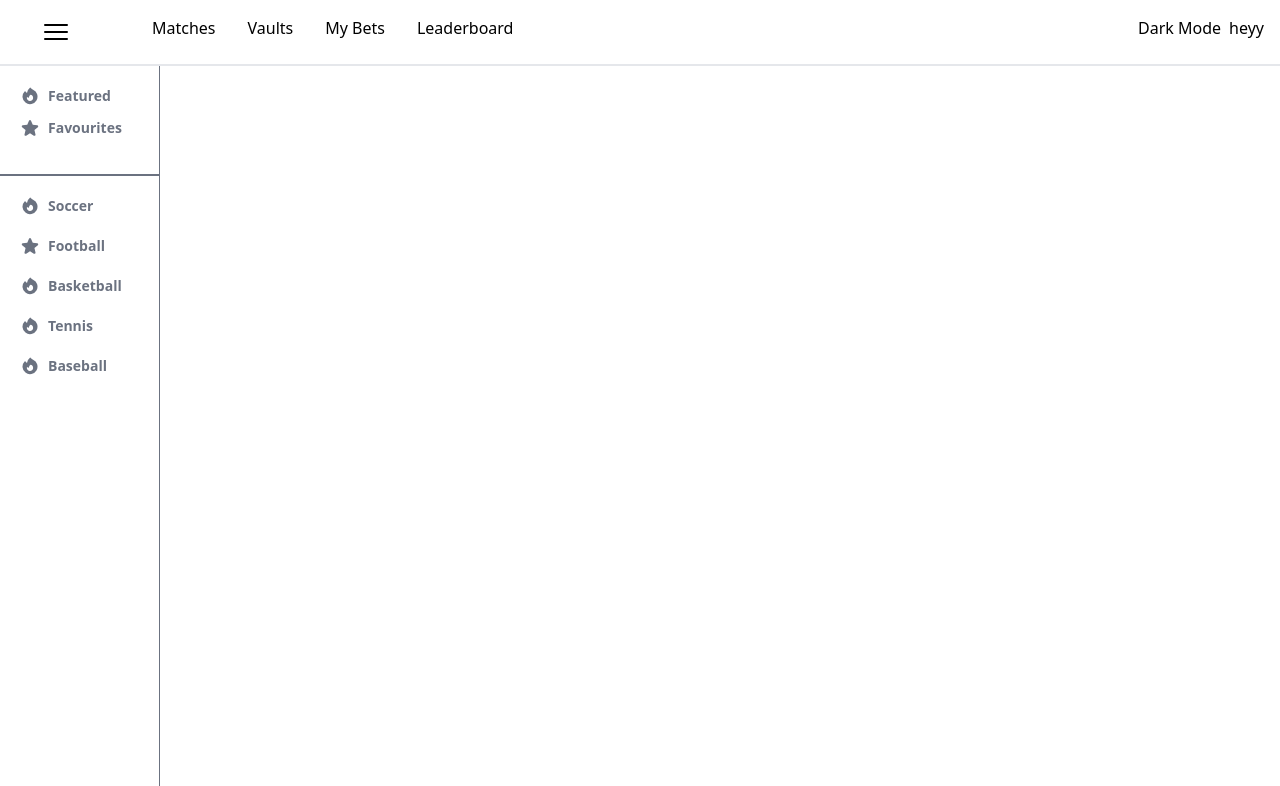
Repository: thekingisherenow/Betterbook
Page: /
These files come from the project's save history. The page is drawn as it stood at one moment and after the next save; the edit follows.
The browser window is 1280 px wide. The pictures show the whole page.
The project was rebuilt for these pictures with package versions that can differ from the ones it lists, and the page was loaded fresh each time. The framework's server and built-in components were replaced by stand-ins that run in the browser. Also part of the build but not shown: next.config.js.

Above is the page before, as saved 2023-01-16 23:28:52.

### src/pages/_app.tsx
import type { AppProps } from 'next/app'
import { Provider } from 'react-redux'
import store from '../core/store'
import '../core/styles/root.css'

const App = (props: AppProps) => {
  const { Component, pageProps } = props
  return (
    <Provider store={store}>
      <Component {...pageProps} />
    </Provider>
  )
}

export default App

### src/pages/index.tsx
import type { NextPage } from 'next'
import { useEffect, useState } from 'react'
import API from '../core/services'
import { Game } from '../types/game'
import Sidebar from '../components/Typography/Sidebar'
import Header from '../components/Typography/Header'

const IndexPage: NextPage = () => {
  const [games, setGames] = useState<Game[]>([])

  useEffect(() => {
    API.games.fetchGames().then(setGames)
  }, [])

  return <div>
        <main className=''>

          {/* Header  */}
          <Header />
            {/* Sidebar */}
            <Sidebar/>
            {/* Center  */}

        </main>
  </div>
}

export default IndexPage

### src/core/store/index.ts
import { configureStore } from '@reduxjs/toolkit'
import { counterReducer } from './slices/counterSlice'

const store = configureStore({
  reducer: {
    counter: counterReducer,
  },
})

export default store

### src/core/services/index.ts
import * as gamesServices from './games'

const API = {
  games: gamesServices,
}

export default API

### src/components/Typography/Sidebar.tsx
import React from 'react'
import { FireIcon, StarIcon } from '@heroicons/react/24/solid'

function Sidebar() {
    return (
        <div className='text-gray-500 text-sm border-r h-screen w-40 border-gray-500'>
            <div>
                <div className='flex flex-col  p-5 space-y-3 font-semibold mb-4'>
                    <button className='flex items-center space-x-2 hover:text-blue-600'>
                        <FireIcon className='w-5 h-5' />
                        <p>Featured</p>
                    </button>
                    <button className='flex items-center space-x-2 hover:text-blue-600'>
                        <StarIcon className='w-5 h-5' />
                        <p>Favourites</p>
                    </button>
                </div>
                    <hr className='border-t-2 border-gray-500' />

                <div className='flex flex-col space-y-5  p-5 font-semibold mb-4'>
                    <button className='flex items-center space-x-2 hover:text-blue-600'>
                        <FireIcon className='w-5 h-5' />
                        <p>Soccer</p>
                    </button>
                    <button className='flex items-center space-x-2 hover:text-blue-600'>
                        <StarIcon className='w-5 h-5' />
                        <p>Football</p>
                    </button>
                    <button className='flex items-center space-x-2 hover:text-blue-600'>
                        <FireIcon className='w-5 h-5' />
                        <p>Basketball</p>
                    </button>
                    <button className='flex items-center space-x-2 hover:text-blue-600'>
                        <FireIcon className='w-5 h-5' />
                        <p>Tennis</p>
                    </button>
                    <button className='flex items-center space-x-2 hover:text-blue-600'>
                        <FireIcon className='w-5 h-5' />
                        <p>Baseball</p>
                    </button>
                </div>
            </div>
        </div>
    )
}

export default Sidebar

### src/components/Typography/Header.tsx
import { Bars3Icon } from '@heroicons/react/24/solid'
import React from 'react'
import NavLinks from './NavLinks'

function Header() {
  return (
    <header >
      <div className='p-4 flex text-center   border-b-2 '>

        <Bars3Icon className='h-8 w-8 mx-6 cursor-pointer'/>
        <div className='ml-10'>

          {/* Nav Links */}
        <NavLinks />

        </div>
        <div className='flex space-x-2 justify-end ml-auto '>
          <div>
            Dark Mode
            </div>
            <div>
              heyy
              </div>
        </div>
      </div>
    </header>
  )
}

export default Header

### src/core/store/slices/counterSlice.ts
import { createSlice } from '@reduxjs/toolkit'

export const counterSlice = createSlice({
  name: 'counter',
  initialState: {
    count: 0,
  },
  reducers: {
    setCount(state, { payload }) {
      state.count = payload
    },
  },
})

export const counterReducer = counterSlice.reducer

### src/core/services/games.ts
import { Game } from '../../types/game'

export const fetchGames = (): Promise<Game[]> => {
  return Promise.resolve([
    {
      id: '1',
      name: 'Spain vs Argentina',
    },
  ])
}

### src/components/Typography/NavLinks.tsx
import React from 'react'
import { categories } from './constants'
import NavLink from './NavLink'

function NavLinks() {

    //const isActive is true if the url matches the current page.

  return (
    <nav>
      {categories.map((category)=>(
        <NavLink key={category} category={category} isActive={false} />
      ))}
    </nav>
  )
}

export default NavLinks

### src/components/Typography/constants.ts
import { Category } from "../../types/category"

export const categories : Category[] =[
    "Matches",
    "Vaults",
    "My Bets",
    "Leaderboard",
]

### src/components/Typography/NavLink.tsx
import Link from 'next/link';
import React from 'react'


type Props = {
    category: string;
    isActive: boolean;

}

function NavLink({category,isActive}:Props) {
  return (
    <Link href={'/${category}'}
        className={`cursor-pointer p-4  hover:font-bold hover:scale-110 transition-transform duration-200 ease-out ${isActive && 'text-blue-500  '}`}
    >
      {category}
    </Link>
  )
}

export default NavLink

### tailwind.config.js
/** @type {import('tailwindcss').Config} */
module.exports = {
  content: [
    './src/pages/**/*.{js,ts,jsx,tsx}',
    './src/components/**/*.{js,ts,jsx,tsx}',
    './src/modules/**/*.{js,ts,jsx,tsx}',
  ],
  theme: {
    extend: {},
  },
  plugins: [],
}

Loaded but not shown: src/core/styles/root.css (common file)

After the next save:
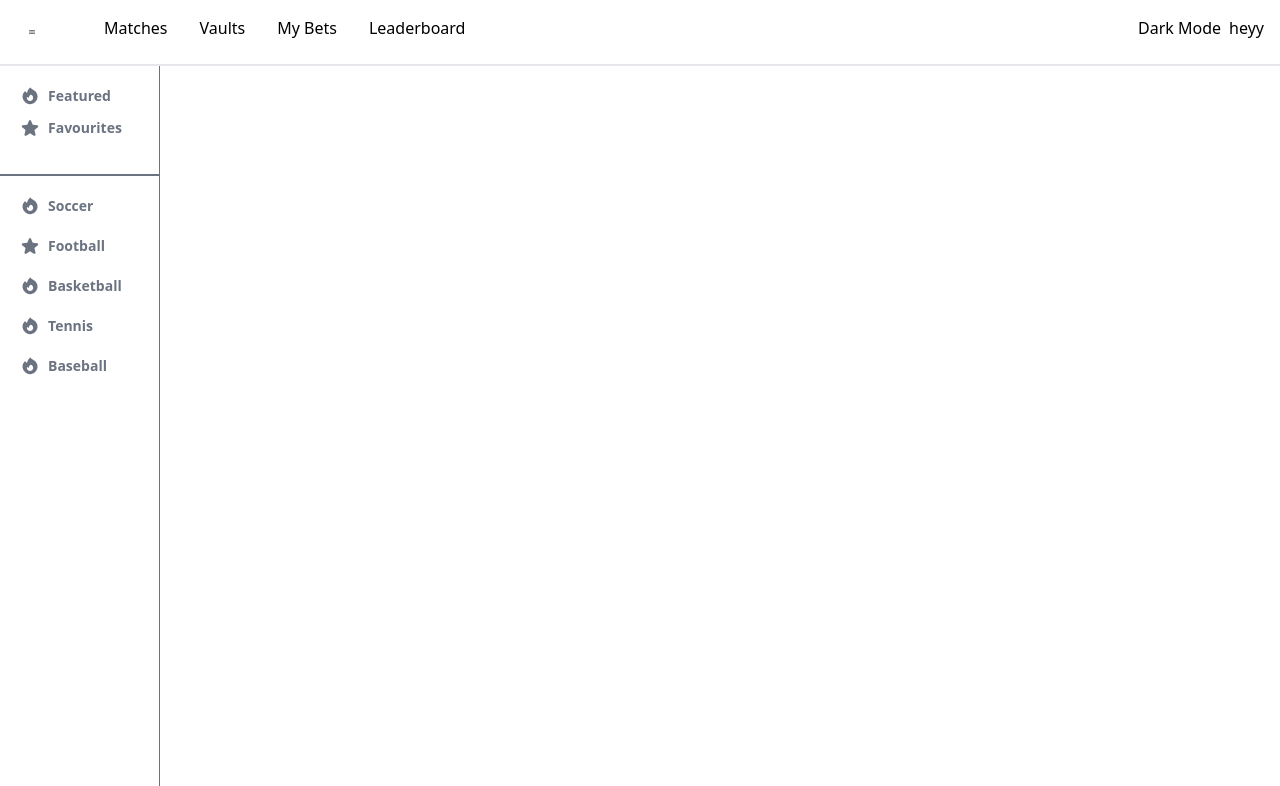
Saved 10 s later.
--- a/src/components/Typography/Header.tsx
+++ b/src/components/Typography/Header.tsx
@@ -7,7 +7,7 @@ function Header() {
     <header >
       <div className='p-4 flex text-center   border-b-2 '>
 
-        <Bars3Icon className='h-8 w-8 mx-6 cursor-pointer'/>
+        <Bars3Icon className='h-8 w-8 p-3 cursor-pointer'/>
         <div className='ml-10'>
 
           {/* Nav Links */}
